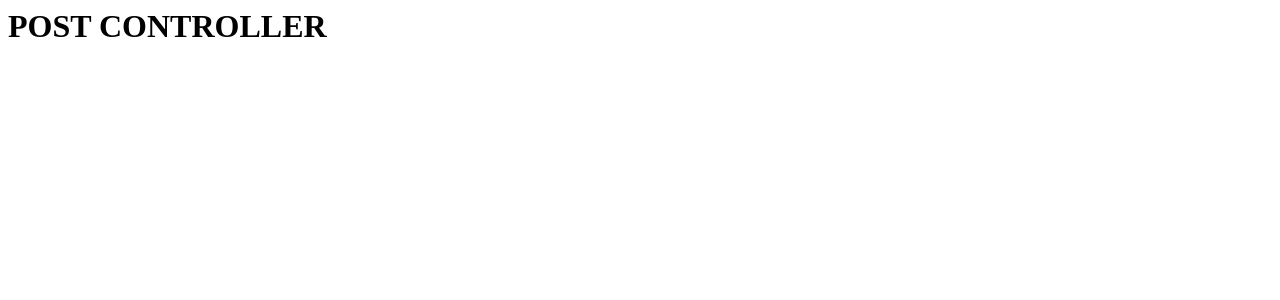
Repository: sherali4/stat
Page: http://localhost/stat/views/post/test.php
An editor plug-in stored every save of this project. The page is shown before and after the next save, followed by the edit.
The browser window is 1280 px wide. The pictures show the whole page.
The page is run by PHP 8.4 with error messages shown; the project is at /var/www/html/.

Above is the page before, as saved 2021-09-02 21:46:39.

After the next save:
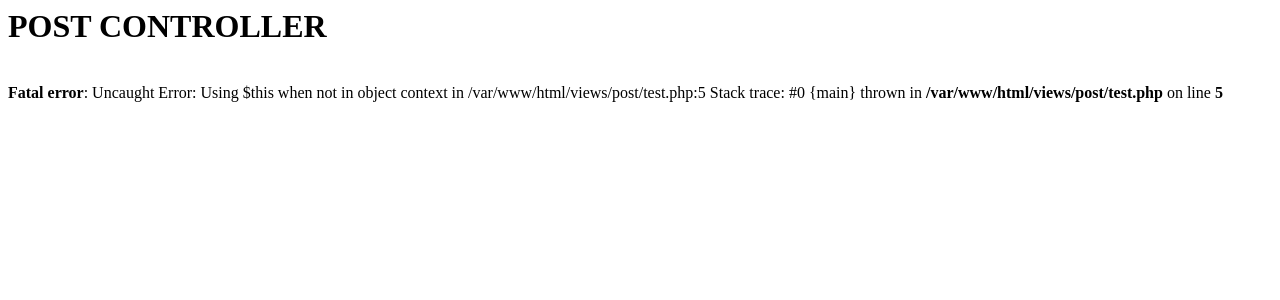
Saved 49 s later.
--- a/views/post/test.php
+++ b/views/post/test.php
@@ -1 +1,6 @@
 <h1>POST CONTROLLER</h1>
+<?php
+ $names = ['Axmedov','Urinov','Ikromov'];
+ //return $this->render('index',['hello'=>$hi, 'names'=>$names]);
+ return $this->render('index',compact('hi','names','id'));
+?>
